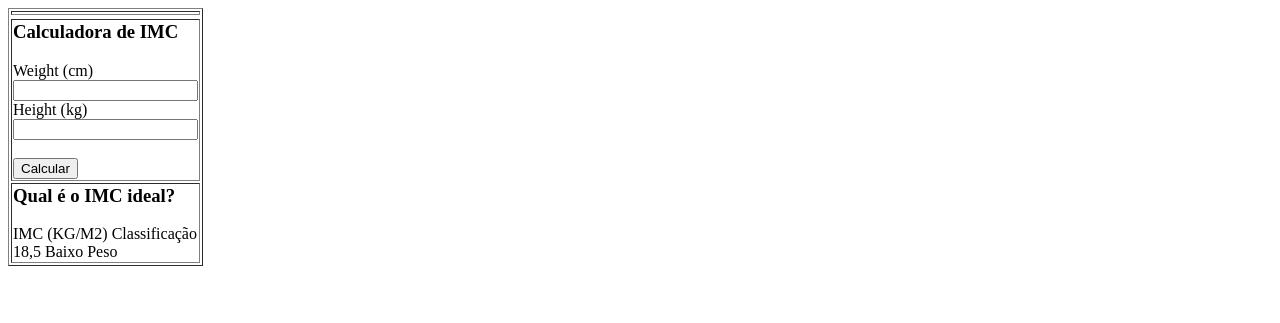
Repository: Patriciamativi/Projetos
Page: index.html
An editor plug-in stored every save of this project. The page is shown before and after a run of saves, followed by the edit.
The browser window is 1280 px wide. The pictures show the whole page.

Above is the page before, as saved 2022-11-21 15:25:46.

### index.html
<html>
    <head>
        <title>Calculadora de IMC</title>
        <meta charset="utf-8"/>

        <style type="text/css">

            p {
                /*border: 5px groove rgb(168, 50, 247);*/
                border-radius: 5px;
                width: 217px;
            }
            td {

                /*background-color: rgb(216, 166, 240);*/
            }

        </style>
    </head>
   <p>
<table border="1">
    <body>
            <th><tr></tr><td colspan="2" > <h3>Calculadora de IMC</h3>

            Weight (cm)<br/>
            <input type: "number" > </br>

            Height (kg)<br/>
            <input type: "number" > </br> </br>

            <input type= "submit" value="Calcular"> </td>
            </tr> </th>

            <td> <h3>Qual é o IMC ideal?</h3>

                IMC (KG/M2)  Classificação </br>
                18,5            Baixo Peso </td>


    </table>
</p>
        </body>
</html>

After the next 2 saves:
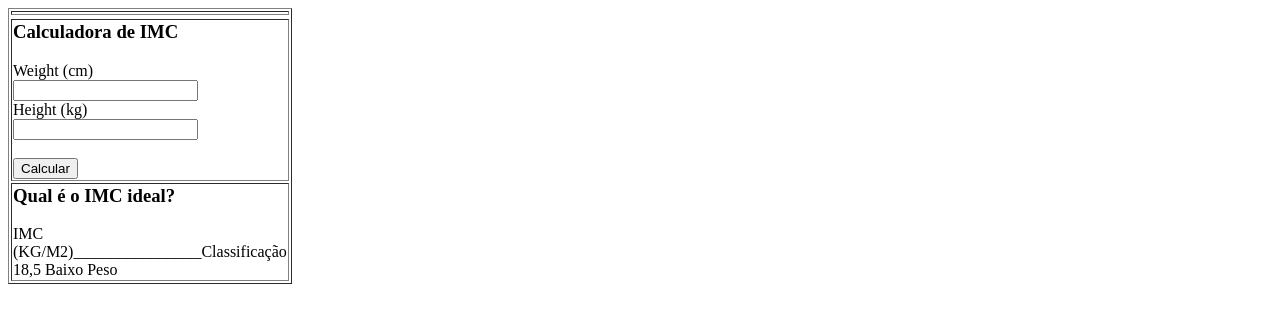
The 2 saves are shown as one change because they came seconds apart.
The last was saved 17 s later.
--- a/index.html
+++ b/index.html
@@ -33,7 +33,7 @@
 
             <td> <h3>Qual é o IMC ideal?</h3>
 
-                IMC (KG/M2)  Classificação </br>
+                IMC (KG/M2)________________Classificação </br>
                 18,5            Baixo Peso </td>
 
 
